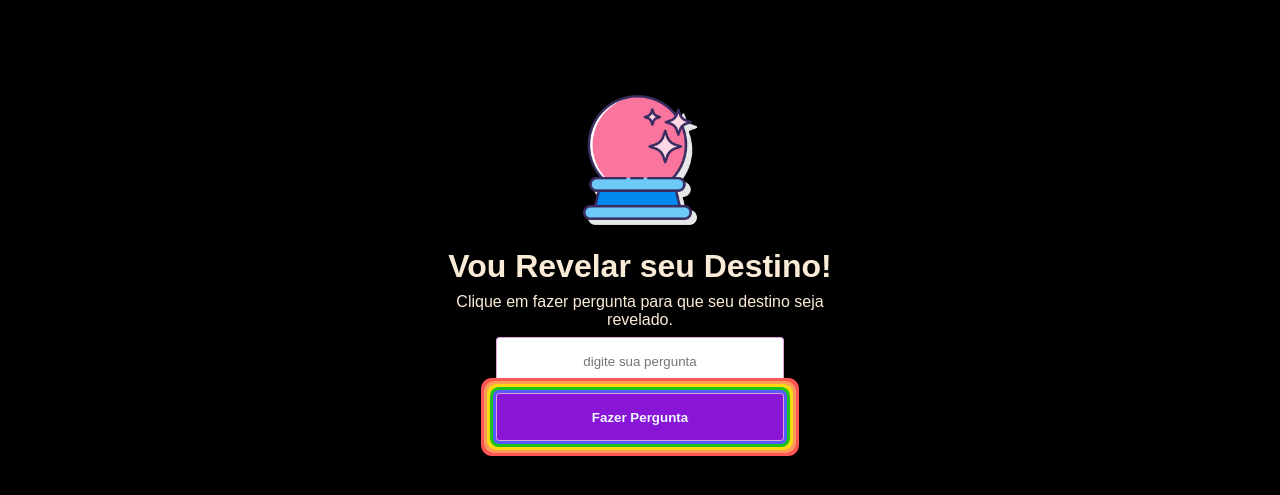
Repository: guilhermecardoso93/nlwexplorer
Page: index.html
These files come from the project's save history. The page is drawn as it stood at one moment and after the next save; the edit follows.
The browser window is 1280 px wide. The pictures show the whole page.
The pointer rests on the first visible `button`.

Above is the page before, as saved 2022-06-08 23:52:00.

### index.html
<!DOCTYPE html>
<html lang="pt-br">
  <head>
    <meta charset="UTF-8" />
    <meta http-equiv="X-UA-Compatible" content="IE=edge" />
    <meta name="viewport" content="width=device-width, initial-scale=1.0" />
    <link rel="stylesheet" href="./styles.css" />
    <title>NLW Explorer</title>
  </head>
  <body>
    <div class="principal">
      <img
        src="./cristalball.png"
        alt="Imagem de uma bola de cristal"
        id="cristalBallImg"
      />
      <h1>Vou Revelar seu Destino!</h1>
      <p>Clique em fazer pergunta para que seu destino seja revelado.</p>
      <input type="text" placeholder="digite sua pergunta" />
      <button>Fazer Pergunta</button>
    </div>
  </body>
  <script src="./script.js"></script>
</html>

### styles.css
* {
  margin: 0;
  padding: 0;
  box-sizing: border-box;
}
body {
  margin: auto;
  background-color: black;
  color: antiquewhite;
  text-align: center;
  font-family: sans-serif;
}

#cristalBallImg {
  width: 10rem;
}

.principal {
  display: flex;
  flex-direction: column;
  margin: auto;
  margin-top: 5rem;
  max-width: 400px;
  width: 80%;
  align-items: center;
  gap: 0.5rem;
}

.principal input {
  width: 18rem;
  height: 3rem;
  text-align: center;

  border: 1px solid plum;
  border-radius: 0.2rem;
}

.principal input:hover {
  border: 2px double pink;
}

button {
  width: 18rem;
  height: 3rem;
  text-align: center;
  font-weight: 600;
  color: aliceblue;
  background-color: rgb(137, 22, 214);
  border: 1px solid plum;
  border-radius: 0.2rem;
  box-shadow: rgba(150, 9, 206, 0.12) 0px 54px 55px,
    rgba(150, 9, 206, 0.12) 0px -12px 30px, rgba(150, 9, 206, 0.12) 0px 4px 6px,
    rgba(150, 9, 206, 0.12) 0px 12px 13px, rgba(150, 9, 206, 0.12) 0px -3px 5px;
}

button:hover {
  box-shadow: rgb(85, 91, 255) 0px 0px 0px 3px, rgb(31, 193, 27) 0px 0px 0px 6px, rgb(255, 217, 19) 0px 0px 0px 9px, rgb(255, 156, 85) 0px 0px 0px 12px, rgb(255, 85, 85) 0px 0px 0px 15px;
}

Loaded but not shown: script.js (no stored copy; drawn as an empty file)

After the next save:
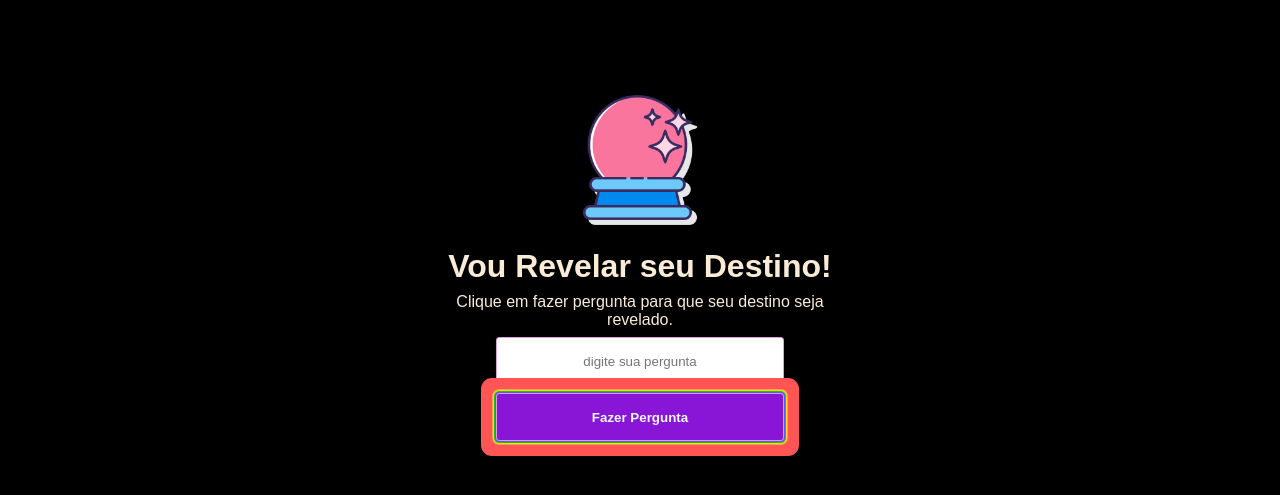
Saved 30 s later.
--- a/styles.css
+++ b/styles.css
@@ -54,5 +54,7 @@ button {
 }
 
 button:hover {
-  box-shadow: rgb(85, 91, 255) 0px 0px 0px 3px, rgb(31, 193, 27) 0px 0px 0px 6px, rgb(255, 217, 19) 0px 0px 0px 9px, rgb(255, 156, 85) 0px 0px 0px 12px, rgb(255, 85, 85) 0px 0px 0px 15px;
+  box-shadow: rgb(85, 91, 255) 0px 0px 0px 1px, rgb(31, 193, 27) 0px 0px 0px 2px,
+    rgb(255, 217, 19) 0px 0px 0px 3px, rgb(255, 156, 85) 0px 0px 0px 4px,
+    rgb(255, 85, 85) 0px 0px 0px 15px;
 }
